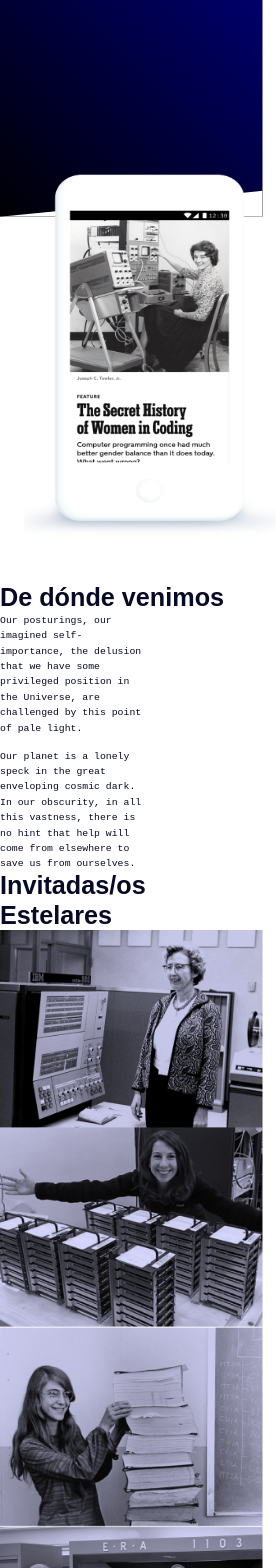
Repository: FedeGA93/podcast
Page: index.html
An editor plug-in stored every save of this project. The page is shown before and after the next save, followed by the edit.
The browser window is 375 px wide. The page is 394 px wide, so the pictures cover 394 px, including what lies to the right of the window. The pictures show the part of the page from y = 1251 to 3491 px (the page is 5296 px tall before and 5336 px after), at 70% of full size.
Pictures or frames that could not be fetched are drawn as grey boxes. Some web fonts or font styles are not loaded; a fallback is used. Some web libraries are served in a nearby version.

Above is the page before, as saved 2019-11-26 17:30:17.

### index.html
<!DOCTYPE html>
<html lang="es">

<head>
    <meta charset="UTF-8">
    <meta name="viewport" content="width=device-width, initial-scale=1.0">
    <meta http-equiv="X-UA-Compatible" content="ie=edge">
    <title>BlueDot</title>
    <link rel="stylesheet" href="styles/styles.css">
    <link href="https://fonts.googleapis.com/css?family=IBM+Plex+Mono/IBM+Plex+Sans:400,400i,500,600&display=swap"
        rel="stylesheet">
    <link rel="stylesheet" href="https://cdnjs.cloudflare.com/ajax/libs/font-awesome/5.11.2/css/all.css">
    <link rel="shortcut icon" href="images/logo.ico" type="image/x-icon">
    <link rel="icon" href="images/logo.ico" type="image/x-icon">
</head>

<body>
    <header class="estilo-header">
            <nav>
        <div class="menu">
            <div>
                <img src="images/logo.svg" alt="Logo del podcast" class="responsive-logo">
            </div>
            <div>

                    <!-- DEsde acá-->
                    <input type="checkbox" id="transformacion" />
                    <label for="transformacion" class="fija-menu">
                        <span class="barras-negras-hamburger bar1"></span>
                        <span class="barras-negras-hamburger bar2"></span>
                        <span class="barras-negras-hamburger bar3"></span>
                    </label>
                    <!--Hasta acá es lo que tengo que copiar-->
                    <ul class="menu-hijo">
                        <li><a class="color-letras" href="#epi">EPISODIOS</a></li>
                        <li><a class="color-letras" href="#nos">NOSOTROS</a></li>
                        <li><a class="color-letras" href="#ent">ENTREVISTAS</a></li>
                        <li><a class="color-letras" href="#topi">TOPICOS</a></li>
                    </ul>

            </div>
        </div>
    </nav>
    </header>
    <main class="primera-caja">
        <div class="centrado">
            <h1>Hello <s>world</s> pale blue dot<strong class="color-punto">.</strong></h1>
        </div>
        <div class="centrado">
            <p class="parrafos-general">El portal de podcasts que explora el mundo de la programación y <br> la
                tecnología.
                Nuevos episodios, todos los jueves cada 15 días.</p>
        </div>
        <div class="main-child">
            <article>
                <p><a class="btn cnmas" href="#nos">CONOCÉ MÁS</a></p>
            </article>
        </div>
    </main>
    <section>
        <article class="fondo-azul-gradiente sec">
            <div class="corteuno"></div>
            <div class="cortedos"></div>
            <div>
                <p class="color-blanco pad" id="epi">Episodios</p>
            </div>
            <div class="flex-spotify">
                <iframe src="https://open.spotify.com/embed-podcast/show/2ySVrxGkN6n6frMTo9Nsrt"
                    allowtransparency="true" frameborder="0" allow="encrypted-media"></iframe>
                <iframe src="https://open.spotify.com/embed-podcast/show/4kYCRYJ3yK5DQbP5tbfZby"
                    allowtransparency="true" frameborder="0" allow="encrypted-media"></iframe>
                <iframe src="https://open.spotify.com/embed-podcast/episode/2VHYWRX1mHcZQS89y3z2Xv" frameborder="0"
                    allowtransparency="true" allow="encrypted-media"></iframe>
                <iframe src="https://open.spotify.com/embed-podcast/show/2Iibd5A6R7mxkCm4NwNmUn"
                    allowtransparency="true" frameborder="0" allow="encrypted-media"></iframe>
            </div>
        </article>
    </section>
    <section>

        <div class="informacion">
            <article>
                <img src="images/phone.png" alt="El podcast en un telefono" class="telefono">
            </article>
            <article>
                <h2 class="color-negro" id="nos">De dónde venimos</h2>

                <p class="parrafos-general limit-text">Our posturings, our imagined self-importance, the delusion that
                    we
                    have some
                    privileged position in the Universe, are challenged by this point of pale light. </p> <br>

                <p class="parrafos-general limit-text">
                    Our planet is a lonely speck in the great enveloping cosmic dark. In our obscurity, in all this
                    vastness, there is no hint that help will come from elsewhere to save us from ourselves.</p>

            </article>
        </div>

    </section>
    <section>
        <h2 class="color-negro paddie" id="ent">
            Invitadas/os Estelares
        </h2>

        <div class="photo-box">
            <img src="images/grace-hopper.png" alt="Foto de Grace Hopper" class="photos">
            <img src="images/Katie-Bouman.png" alt="Foto de Katie Bouman" class="photos">
            <img src="images/Margaret_Hamilton.png" alt="Margaret Hamilton" class="photos">
            <img src="images/computadora1950.png" alt="Una computadora del año 1950" class="photos">
            <img src="images/computadoraprogramable.png" alt="La primera computadora programable del mundo"
                class="photos">
            <img src="images/susan-kare.png" alt="Foto de Susan Kare" class="photos">

        </div>
    </section>
    <section class="top">
        <h2 class="color-negro center-text" id="topi">Algunos de nuestros temas</h2>
        <div>
            <section class="alineado">
                <article>
                    <img src="images/icon1.svg" alt="Una computadora que demuestra el trabajo remoto"
                        class="theme-size">
                    <p class="temas">Trabajo remoto</p>
                </article>
                <article>
                    <img src="images/icon2.svg" alt="Una cabeza pensando" class="theme-size">
                    <p class="temas">Repensando la programación</p>
                </article>

                <article>
                    <img src="images/icon3.svg" alt=" Un libro de código" class="theme-size">
                    <p class="temas">Bases de código</p>
                </article>

                <article>
                    <img src="images/icon4.svg" alt="Logo de seguridad" class="theme-size">
                    <p class="temas">Seguridad informática</p>
                </article>
            </section>
        </div>
    </section>
    <section>
        <div class="fondo-azul-gradiente secfoot">
            <div class="corteuno"></div>
            <article>
                <h2 class="color-blanco center-text">
                    ¿Querés las últimas novedades?
                </h2>
            </article>

            <article>
                <p> <a class="btn ele" href="#epi">ESCUCHÁ LOS EPISODIOS</a> </p>
            </article>

        </div>
    </section>

    <footer>
        <div class="flex-end">
            <h3 class="informacion">© 2019— Hello blue pale dot </h3>
            <article>
                <i class="fab fa-spotify"></i>
                <a href="https://twitter.com/w3c"> <i class="fab fa-twitter"></i></a>
                <i class="fab fa-instagram"></i>
                <i class="fab fa-facebook"></i>
            </article>
        </div>
    </footer>
</body>

</html>

### styles/styles.css
* {
  margin: 0;
  padding: 0;
  border: 0;
  box-sizing: content-box;
}

.menu {
  display: flex;
  flex-flow: row;
  justify-content: space-between;
  padding: 22px 244px 120px 100px;
  position: static;
  top: 0;
  overflow: hidden;
}
.menu-hijo {
  display: flex;
  flex-flow: row wrap;
  text-decoration: none;
  list-style-type: none;
  justify-content: flex-end;
  text-indent: 20px;
}

.primera-caja {
  display: flex;
  flex-flow: column;
  padding: 0 13%;
}
.centrado {
  justify-content: center;
}
.color-letras:active {
  color: RGBA(6, 10, 36, 0.53);
}
.color-letras:hover {
  color: #00f3bb;
  text-decoration: line-through;
}
.color-letras {
  font-family: "IBM Plex Mono", monospace;
  font-size: 16px;
  color: #060a24;
  letter-spacing: 0;
  line-height: 28px;
  text-decoration: none;
}

h1 {
  font-family: "IBM Plex Sans", sans-serif;
  font-size: 64px;
  color: #060a24;
  letter-spacing: 0;
}
.color-punto {
  font-family: "IBM Plex Sans", sans-serif;
  font-size: 64px;
  color: #0000ec;
  letter-spacing: 0;
}
.parrafos-general {
  font-family: "IBM Plex Mono", monospace;
  font-size: 16px;
  color: #060a24;
  letter-spacing: 0;
  line-height: 24px;
}

input {
  display: none;
}

.sec {
  position: relative;
  width: 100%;
  height: 124vh;
  overflow: hidden;
}
.secfoot {
  display: flex;
  justify-content: center;
  align-items: center;
  flex-direction: column;
  position: relative;
  width: 100%;
  height: 50vh;
  overflow: hidden;
}
.fondo-azul-gradiente {
  background-image: linear-gradient(225deg, #0000ff 0%, #000003 100%);
}

/* Cortes del fondo */

.corteuno {
  position: absolute;
  top: 0;
  left: 0;
  border-width: 0 0 8vw 100vw;
  border-style: solid;
  border-color: transparent #fff transparent;
}
.cortedos {
  position: absolute;
  bottom: 0;
  left: 0;
  border-width: 0 0 10vw 100vw;
  border-style: solid;
  border-color: transparent transparent #fff;
}

.color-blanco {
  font-family: 'IBM Plex Sans', sans-serif;
  font-size: 48px;
  color: #ffffff;
  letter-spacing: 0;
}.color-negro {
  font-family: "IBM Plex Sans", sans-serif;
  font-size: 48px;
  color: #060a24;
  letter-spacing: 0;
}
.informacion {
  display: flex;
  justify-content: flex-start;
  flex-direction: row;


}

.btn {
  display: flex;
  align-items: center;
  justify-content: center;
  background-color: #00f3bb;
  font-family: "IBMPlexMono", Medium;
  font-size: 18px;
  color: #060a24;
  letter-spacing: 0;
  text-align: center;
  line-height: 24px;
  text-decoration: none;
}
.btn:hover,
.btn:focus {
  background-image: linear-gradient(225deg, #0000fe 0%, #00f0b8 100%);
  color: #ffffff;

}
.cnmas{
  height: 56px;
  width: 226px;
}
.ele{
  width: 345px;
  height: 56px;

}

.flex {
  display: flex;
  flex-direction: row;
  flex-wrap: nowrap;
  justify-content: space-between;
}
.pad {
  padding:7% 12.76% 0;
}
.flex-spotify {
  display: flex;
  flex-flow: row wrap;
  padding: 2% 8% ;
}
.temas {
  font-family: "IBMPlexSans";
  font-weight: 600;
  font-size: 24px;
  color: #060a24;
  letter-spacing: 0;
  text-align: center;
}

.alineado {
  display: flex;
  flex-flow: row;
  justify-content: space-evenly;
  text-align: center;
}
.telefono {
  position: relative;
  top: -311px;
  height: 660px;
  width: 457.6px;
  padding: 200px 64px 0 200px;
}
iframe {
  padding: 0 72px 72px 0;
  position: relative;
  z-index: 1;
  width:44%;
  height: 232px ;

}

.paddie {
  margin: -267px 0 36px 200px;
  z-index: 1;
}
.photos {
  width: 480px;
  height: 364px;
}
.photo-box {
  width:fit-content;
  display: grid;
  grid-template-columns: repeat(3, 0fr);
  grid-template-rows: repeat(2, min(25vw));
}
.limit-text{
  width: 54%;
}
.theme-size{
  width: 104px;
  height: 104px;
}
.top{
  margin-top:5%;
}
.flex-end{
  display: flex;
  flex-direction: row;
  justify-content: space-between;
}
/*
  ***************************************************
    ***********************************************
      ********************************************
        ****************************************
        *****************MOBILE*****************
        ****************************************
      ********************************************
     **********************************************
   **************************************************
 */

@media screen and (max-width: 600px) {
  * {
    margin: 0px;
    padding: 0;
    border: 0;
  }
  .estilo-header{
    padding: 3%;
    }
  .barra-navegadora {
    display: none;
  }
  .menu{
    padding: 0px;
    position: sticky;
  }
  .seccion {
    width: 100%;
  }

  .responsive-logo {
    margin: 2.2% 87.5% 1.2% 2%;
  }
  .menu-hijo {
    display: none;
  }
  .menu-hijo:hover {
    display: block;
  }
   h1 {
    font-family: "IBM Plex Sans", sans-serif;
    font-size: 36px;
    color: #060a24;
    letter-spacing: 0;
    line-height: 42px;
  }

  .parrafos-general {
    font-family: "IBM Plex Mono", monospace;
    font-size: 14px;
    color: #060a24;
    letter-spacing: 0;
    line-height: 22px;
  }
  .color-blanco {
    font-family: "IBM Plex Sans", sans-serif;
    font-size: 36px;
    color: #ffffff;
    letter-spacing: 0;
    line-height: 42px;
  }
  .color-negro {
    font-family: "IBM Plex Sans", sans-serif;
    font-size: 36px;
    color: #060a24;
    letter-spacing: 0;
    line-height: 42px;
  }
  .cnmas {
    height: 48px;
    width: 100%;
  }
  .barras-negras-hamburger {
    display: block;
    width: 33px;
    height: 4px;
    margin-bottom: 5px;
    position: relative;
    background: black;
    border-radius: 3px;
  }
  .sec{
    height: 160vh;
  }
  .secfoot{
    height: 40vh;
  }
  .center-text{
    text-align: center;
  }
  .telefono{
    top:-60px;
    padding: 0 0 0 9%;
    width: 360px;
    height: 519px;

  }
  .photo-box{
    grid-template-columns: repeat(1, 0);
    grid-template-rows: repeat(1, 16.5%);
  }
  .paddie{
    margin: 0;
  }
  .photos{
    height: auto;
    width: 100vw;
  }
  iframe{
    padding: 1%;
    width: auto;
  }
  .informacion{
    flex-direction: column;
  }
  .alineado{
    flex-direction: column;
  }
  .flex-spotify{
    padding: 2% 15%;
  }
  /* A partir de acá*/

input[type="checkbox"]:checked ~ label > span.bar1 {
  -webkit-transform: rotate(-45deg) translate(-8px,6px);
  transform: rotate(-45deg) translate(-8px, 6px);
  transition-delay: 0.1s;
}
input[type="checkbox"]:checked ~ label > span.bar2 {
  opacity: 0;
}
input[type="checkbox"]:checked ~ label > span.bar3 {
  -webkit-transform: rotate(45deg) translate(-8px, -6px);
  transform: rotate(45deg) translate(-8px, -6px);
  transition-delay: 0.1s;
}
input[type="checkbox"]:checked ~ .menu-hijo {
  background-color: blue;
  display: block;
  margin: auto;
  padding: initial;
  z-index:1000;


}


input {
  display: none;
}
.fija-menu{
  display: block;
  direction: rtl;
}
/* hasta acá*/
}
/*
  ***************************************************
    ***********************************************
      ********************************************
        ****************************************
         ***************TABLET*****************
        ****************************************
      ********************************************
     **********************************************
   **************************************************
 */

After the next save:
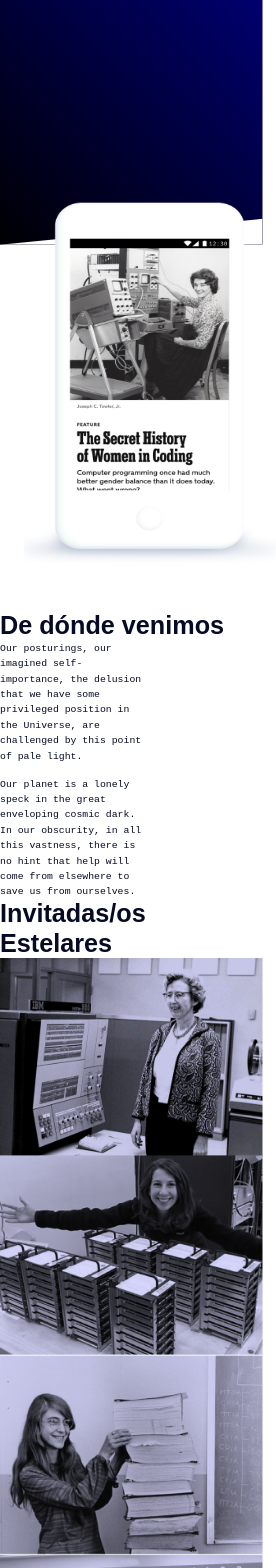
Saved 2 min 21 s later.
--- a/styles/styles.css
+++ b/styles/styles.css
@@ -316,7 +316,7 @@ iframe {
     border-radius: 3px;
   }
   .sec{
-    height: 160vh;
+    height: 165vh;
   }
   .secfoot{
     height: 40vh;
